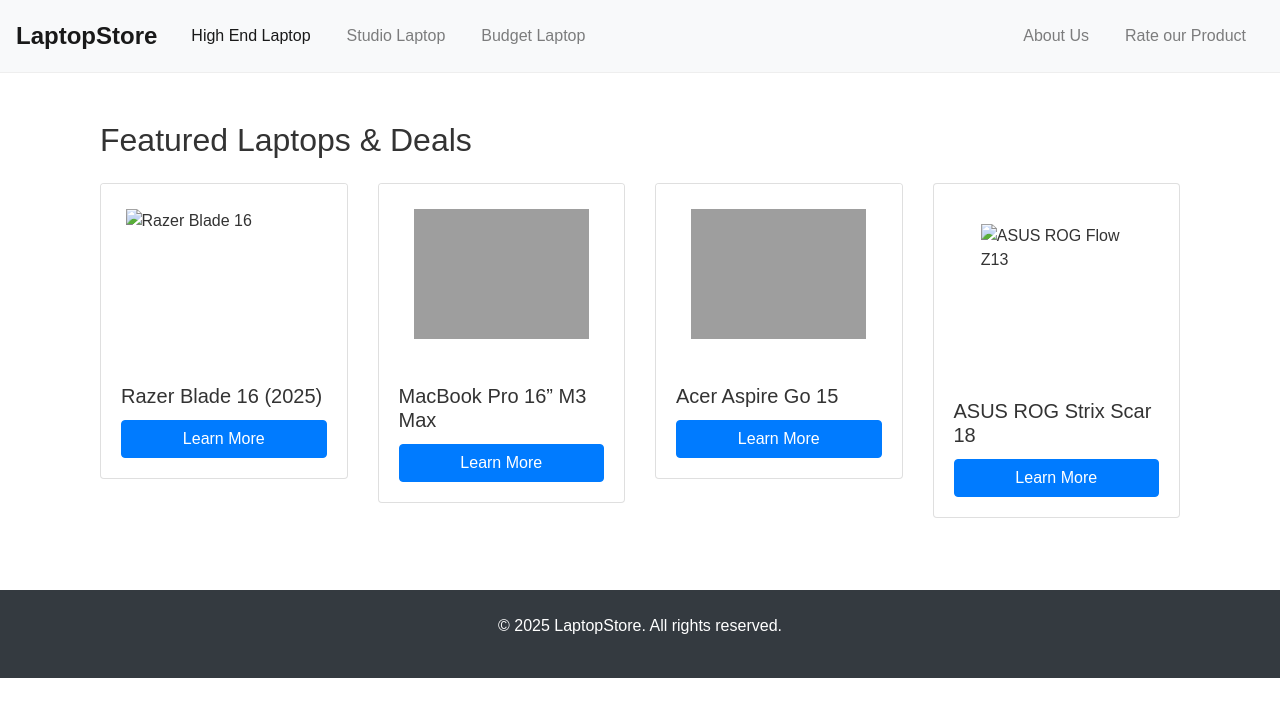
Repository: karim0829/IS218-Django-Laptop-Display
Page: http://localhost/index/
These files come from the project's save history. The page is drawn as it stood at one moment and after the next save; the edit follows.
The browser window is 1280 px wide. The pictures show the whole page.
Pictures or frames that could not be fetched are drawn as grey boxes. Some web libraries are served in a nearby version. The page is served by the project's application, run on Django 5.2 (manage.py). Other server files are loaded and not shown.

Above is the page before, as saved 2025-05-11 20:31:12.

### homepage/templates/homepage/index.html


{% extends 'homepage/base.html' %}
{% load static %}
{% block title %}Home {% endblock %}

{% block content %}

    <!-- Featured Products Section -->
    <section class="container my-5">
      <h2 class="mb-4">Featured Laptops & Deals</h2>
      <div class="row">
        <!-- High-End Laptop: Razer Blade 16 -->
        <div class="col-md-3 col-sm-6 mb-4">
          <div class="card product-card">
            <img class="card-img-top"alt="Razer Blade 16" />
            <div class="card-body">

              <h5 class="card-title">Razer Blade 16 (2025)</h5>

              <a href="{% url 'highend' %}" class="btn btn-primary btn-block">Learn More</a>
            </div>
          </div>
        </div>

        <!-- Studio Laptop: MacBook Pro 16” M3 Max -->
        <div class="col-md-3 col-sm-6 mb-4">
          <div class="card product-card">
            <img class="card-img-top" src="{% static 'homepage/StudioPic/macbookpro16.jpg' %}" alt="MacBook Pro 16" />
            <div class="card-body">
              <h5 class="card-title">MacBook Pro 16” M3 Max</h5>

              <a href="{% url 'studio' %}" class="btn btn-primary btn-block">Learn More</a>
            </div>
          </div>
        </div>

        <!-- Budget Laptop: Acer Aspire Go 15 -->
        <div class="col-md-3 col-sm-6 mb-4">
          <div class="card product-card">
            <img class="card-img-top" src="BudgetPic/AcerAspireGo15.jpg" alt="Acer Aspire Go 15" />
            <div class="card-body">
              <h5 class="card-title">Acer Aspire Go 15</h5>

              <a href="{% url 'budget' %}" class="btn btn-primary btn-block">Learn More</a>
            </div>
          </div>
        </div>

        <!-- Random Laptop: ASUS ROG Flow Z13 -->
        <div class="col-md-3 col-sm-6 mb-4">
          <div class="card product-card">
            <img class="card-img-top" src="{{  product.image.url }}" style="width:200px; margin: 0 auto; margin-top:15px;"  alt="ASUS ROG Flow Z13" />
            <div class="card-body">
              <h5 class="card-title">ASUS ROG Strix Scar 18</h5>

              <a href="{% url 'highend' %}" class="btn btn-primary btn-block">Learn More</a>
            </div>
          </div>
        </div>
      </div>

    </section>



    {% endblock %}

### homepage/templates/homepage/base.html


<!DOCTYPE html>
<html lang="en">
<head>
  <meta charset="UTF-8" />
  <meta name="viewport" content="width=device-width, initial-scale=1" />
  <title>{% block title %}High End Laptops - LaptopStore {% endblock %}</title>
  <link rel="stylesheet" href="https://maxcdn.bootstrapcdn.com/bootstrap/4.0.0/css/bootstrap.min.css" />
    {% load static %}
<link rel="stylesheet" href="{% static 'style/style.css' %}" />
</head>
<body>

    <!-- Navbar -->
  <nav class="navbar navbar-expand-lg navbar-light bg-light">
    <a class="navbar-brand" href="{% url 'index' %}">LaptopStore</a>
    <button class="navbar-toggler" type="button" data-toggle="collapse" data-target="#navbarNav">
      <span class="navbar-toggler-icon"></span>
    </button>
    <div class="collapse navbar-collapse" id="navbarNav">
      <ul class="navbar-nav mr-auto">
        <li class="nav-item active"><a class="nav-link" href="{% url 'highend' %}">High End Laptop</a></li>
        <li class="nav-item"><a class="nav-link" href="{% url 'studio' %}">Studio Laptop</a></li>
        <li class="nav-item"><a class="nav-link" href="{% url 'budget' %}">Budget Laptop</a></li>

    </div>

    <ul class="navbar-nav ml-3">
          <li class="nav-item"><a class="nav-link" href="{% url 'about' %}">About Us</a></li>
          <li class="nav-item"><a class="nav-link" href="{% url 'support' %}">Rate our Product</a></li>
      </ul>
  </nav>


    <header class = "container my-5">

{% block content %}
{% endblock %}


   </header>


   <!-- Footer -->
  <footer class="bg-dark text-white py-4">
    <div class="container text-center">
      <p>&copy; 2025 LaptopStore. All rights reserved.</p>
    </div>
  </footer>

  <!-- Bootstrap JS -->
  <script src="https://code.jquery.com/jquery-3.2.1.slim.min.js"></script>
  <script src="https://cdnjs.cloudflare.com/ajax/libs/popper.js/1.12.9/umd/popper.min.js"></script>
  <script src="https://maxcdn.bootstrapcdn.com/bootstrap/4.0.0/js/bootstrap.min.js"></script>
</body>
</html>

### homepage/views.py
from datetime import datetime
from django.shortcuts import redirect, render
from django.http import HttpResponse
from django.template import loader
from .models import Product
from .models import Feedback

from django.contrib.auth.decorators import user_passes_test

from homepage.forms import FeedbackForm

from django.shortcuts import render


# Create your views here.

def index(request):
    products = Product.objects.all()
    return render(request, "homepage/index.html", {'products': products})

def about(request):
    return render(request, "homepage/about.html")

def contact(request):
    return render(request, "homepage/contact.html")

def highend(request):
    products = Product.objects.filter(model='highend')
    return render(request, "homepage/highend.html", {'products': products})

def studio(request):
    products = Product.objects.filter(model='studio')
    return render(request, "homepage/studio.html", {'products': products})

def budget(request):
    products = Product.objects.filter(model='budget')
    return render(request, "homepage/budget.html", {'products': products})


def support(request):
    form = FeedbackForm()
    return render(request, "homepage/support.html", {"form": form})

#admin page views

def admin(user):
    return user.is_authenticated and user.is_superuser

@user_passes_test(lambda u: u.is_superuser, login_url='forbidden')
def feedbackview(request):
    feedbacks = Feedback.objects.all().order_by('-timestamp')
    return render(request, 'homepage/restricted.html', {'feedbacks': feedbacks})

def forbidden(request):
    return render(request, 'homepage/forbidden.html')
#contact
def review_form(request):
    form = FeedbackForm(request.POST or request.FILES or None)

    if request.method == "POST":
        if form.is_valid():
            message = form.save(commit=False)
            message.log_date = datetime.now()
            message.save()
            return redirect("support")

        else:
            return render(request, "homepage/support.html", {"form":form})

    return render(request, "homepage/support.html", {"form":form})

def feedback_view(request):
    if request.method == 'POST':
        form = FeedbackForm(request.POST)
        if form.is_valid():
            form.save()
            return redirect('thank_you')  # after submitting feedback
    else:
        form = FeedbackForm()
    return render(request, 'homepage/feedback.html', {'form': form})




def product_list(request):
    products = Product.objects.all()
    return render(request, 'homepage/index.html', {'products': products})

### laptops/urls.py
"""
URL configuration for laptops project.

The `urlpatterns` list routes URLs to views. For more information please see:
    https://docs.djangoproject.com/en/5.2/topics/http/urls/
Examples:
Function views
    1. Add an import:  from my_app import views
    2. Add a URL to urlpatterns:  path('', views.home, name='home')
Class-based views
    1. Add an import:  from other_app.views import Home
    2. Add a URL to urlpatterns:  path('', Home.as_view(), name='home')
Including another URLconf
    1. Import the include() function: from django.urls import include, path
    2. Add a URL to urlpatterns:  path('blog/', include('blog.urls'))
"""
from django.contrib import admin
from django.urls import path
from django.urls import include



urlpatterns = [
    path('admin/', admin.site.urls),
    path('', include('homepage.urls'))
]

### homepage/urls.py
from django.urls import path
from . import views
from django.conf import settings
from django.conf.urls.static import static
from .views import feedbackview


urlpatterns = [
    path("index/", views.index, name="index"),
    path("about/", views.about, name="about"),
    path("contact/", views.contact, name="contact"),
    path("support/", views.review_form, name="support"),
    path("feedback/", views.review_form, name="feedback"),
    path("products/", views.product_list, name="product_list"),
    path("highend/", views.highend, name="highend"),
    path("studio/", views.studio, name="studio"),
    path("budget/", views.budget, name="budget"),
    path("restricted/", feedbackview, name="restricted"),
     path("forbidden/", views.forbidden, name="forbidden"),








]

urlpatterns += static(settings.MEDIA_URL, document_root=settings.MEDIA_ROOT)

### homepage/static/homepage/style.css
/* General Styles */
.navbar-nav .nav-item {
float:right;
}

.carousel-item img {
  height: 100%;
  object-fit: cover;
  width: 100%;
  object-position: center top;
}

.carousel-inner img {
  width: 100%;
  height: 450px;
  object-fit: cover;
}

.carousel-item {
  height: 400px;
  background-size: cover;
  background-position: center;
}

.product-card img {
  height: 200px;
  object-fit: cover;
}

/* Footer Styles */
footer a {
  text-decoration: none;
}
/* General Styles */
body {
  font-family: Arial, sans-serif;
  margin: 0;
  background-color: #fff;
  color: #333;
}

/* Navigation Styles */
.navbar {
  background-color: #fff;
  border-bottom: 1px solid #eee;
  padding: 0.8rem 1rem;
}

.navbar-brand {
  font-weight: bold;
  font-size: 1.5rem;
}

.navbar-nav .nav-link {
  margin: 0 10px;
  color: #333;
}

.navbar-nav .nav-link:hover {
  color: #007bff;
}

/* Support Hero Section */
.support-hero {
  background: url("support-hero.jpg") center center/cover no-repeat;
  height: 50vh;
  position: relative;
  display: flex;
  justify-content: center;
  align-items: center;
}

.support-hero-overlay {
  background-color: rgba(0, 0, 0, 0.5);
  width: 100%;
  height: 100%;
  display: flex;
  align-items: center;
}

.support-hero .container {
  position: relative;
  z-index: 2;
  text-align: center;
}

/* FAQ Section Styles */
.card-header button {
  width: 100%;
  text-align: left;
  color: #333;
  font-size: 1.1rem;
}

/* Contact Form */
form .form-group label {
  font-weight: bold;
}

/* Footer Styles */
footer {
  background-color: #343a40;
  color: #fff;
}

footer a {
  text-decoration: none;
}
/* General Styles */
body {
  font-family: Arial, sans-serif;
  margin: 0;
  background-color: #fff;
  color: #333;
}

/* Navigation Styles */
.navbar {
  background-color: #fff;
  border-bottom: 1px solid #eee;
  padding: 0.8rem 1rem;
}

.navbar-brand {
  font-weight: bold;
  font-size: 1.5rem;
}

.navbar-nav .nav-link {
  margin: 0 10px;
  color: #333;
}

.navbar-nav .nav-link:hover {
  color: #007bff;
}

/* About Us Hero Section */
.about-hero {
  background: url("about-hero.jpg") center center/cover no-repeat;
  height: 50vh;
  position: relative;
  display: flex;
  justify-content: center;
  align-items: center;
}

.about-hero-overlay {
  background-color: rgba(0, 0, 0, 0.5);
  width: 100%;
  height: 100%;
  display: flex;
  justify-content: center;
  align-items: center;
}

/* Team Section Styles */
.team-photo {
  width: 150px;
  height: 150px;
  object-fit: cover;
}

/* Footer Styles */
footer {
  background-color: #343a40;
  color: #fff;
  padding: 20px 0;
}

footer a {
  text-decoration: none;
}
/* General Styles */
body {
  font-family: Arial, sans-serif;
  margin: 0;
  background-color: #fff;
  color: #333;
}

/* Navigation Styles */
.navbar {
  background-color: #fff;
  border-bottom: 1px solid #eee;
  padding: 0.8rem 1rem;
}

.navbar-brand {
  font-weight: bold;
  font-size: 1.5rem;
}

.navbar-nav .nav-link {
  margin: 0 10px;
  color: #333;
}

.navbar-nav .nav-link.active,
.navbar-nav .nav-link:hover {
  color: #007bff;
}

/* Product Cards */
.product-card img {
  width: 100%;
  height: 180px;
  object-fit: contain;
  padding: 10%;
  background-color: #fff;
}

/* Footer Styles */
footer {
  background-color: #343a40;
  color: #fff;
}

footer a {
  text-decoration: none;
}

/* Utility Classes */
.text-white {
  color: #fff !important;
}

After the next save:
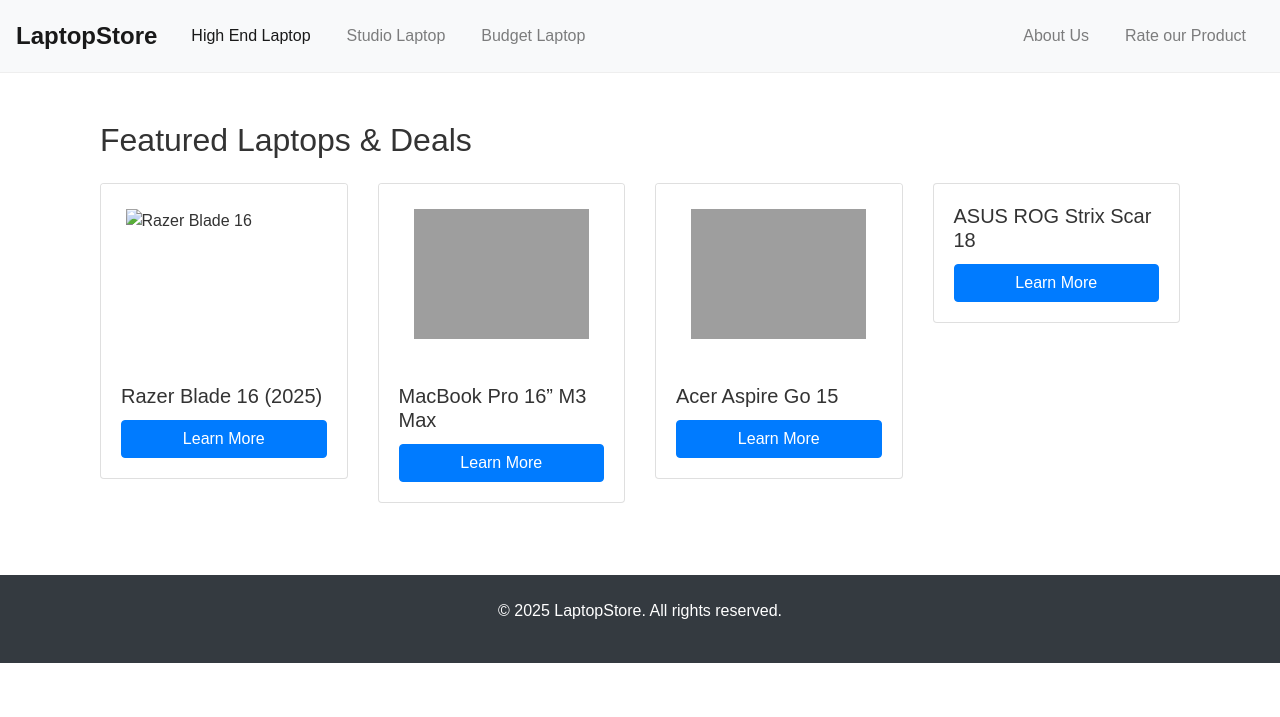
Saved 42 s later.
--- a/homepage/templates/homepage/index.html
+++ b/homepage/templates/homepage/index.html
@@ -50,8 +50,11 @@
         <!-- Random Laptop: ASUS ROG Flow Z13 -->
         <div class="col-md-3 col-sm-6 mb-4">
           <div class="card product-card">
-            <img class="card-img-top" src="{{  product.image.url }}" style="width:200px; margin: 0 auto; margin-top:15px;"  alt="ASUS ROG Flow Z13" />
-            <div class="card-body">
+          {% if product.image %}
+          <img class="card-img-top" src="{{  product.image.url }}" style="width:200px; margin: 0 auto; margin-top:15px;"  alt="ASUS ROG Flow Z13" />
+                      {% endif %}
+
+          <div class="card-body">
               <h5 class="card-title">ASUS ROG Strix Scar 18</h5>
 
               <a href="{% url 'highend' %}" class="btn btn-primary btn-block">Learn More</a>
